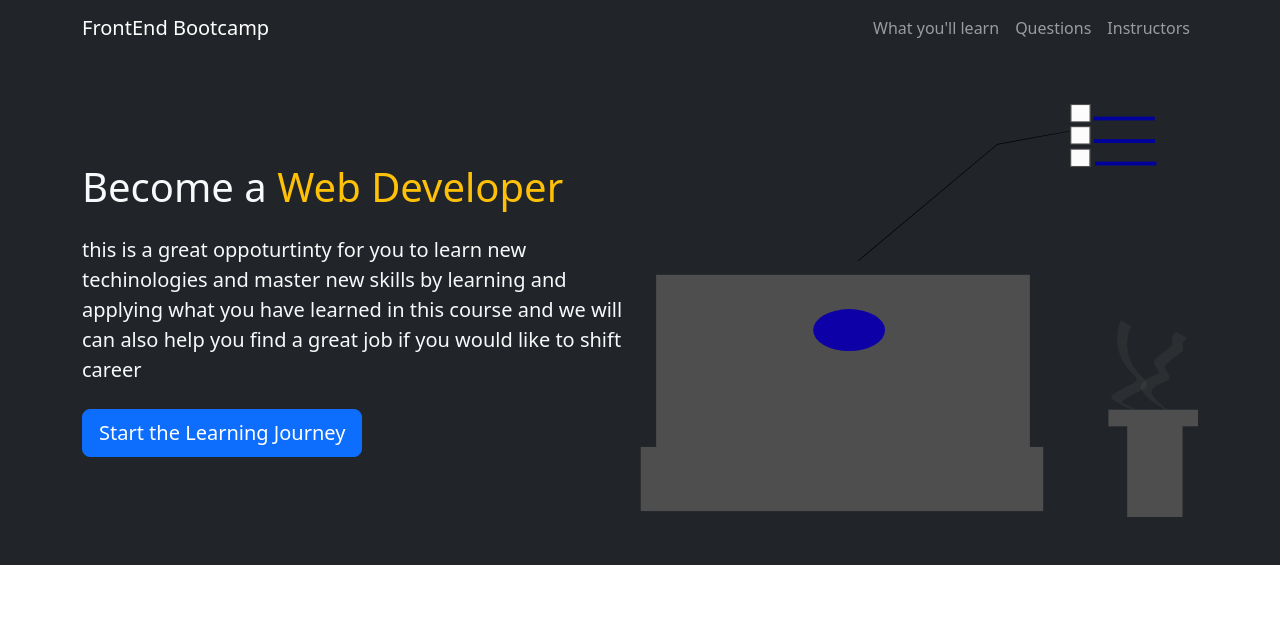
Repository: HaziimYassien/Front-End-BootCamp-__BootStrap-Project
Page: Front End BootCamp2/index.html
These files come from the project's save history. The page is drawn as it stood at one moment and after the next save; the edit follows.
The browser window is 1280 px wide. The pictures show the whole page.

Above is the page before, as saved 2024-01-12 02:24:12.

### Front End BootCamp2/index.html
<!DOCTYPE html>
<html lang="en">
  <head>
    <meta charset="utf-8" />
    <meta name="viewport" content="width=device-width, initial-scale=1" />
    <title>Frontend Bootcamp</title>
    <link
      href="https://cdn.jsdelivr.net/npm/bootstrap@5.3.2/dist/css/bootstrap.min.css"
      rel="stylesheet"
      integrity="sha384-T3c6CoIi6uLrA9TneNEoa7RxnatzjcDSCmG1MXxSR1GAsXEV/Dwwykc2MPK8M2HN"
      crossorigin="anonymous"
    />
    <link rel="stylesheet" href="style.css" />
  </head>
  <body>
    <!-- START _NavigationBar -->
    <nav class="navbar navbar-expand-lg bg-dark navbar-dark">
      <div class="container">
        <a href="#" class="navbar-brand">FrontEnd Bootcamp</a>
        <button
          class="navbar-toggler"
          type="button"
          data-bs-toggle="collapse"
          data-bs-target="#navmenu"
        >
          <span class="navbar-toggler-icon"></span>
        </button>
        <div class="collapse navbar-collapse" id="navmenu">
          <ul class="navbar-nav ms-auto">
            <li class="nav-item">
              <a href="#learn" class="nav-link">What you'll learn</a>
            </li>
            <li class="nav-item">
              <a href="#questions" class="nav-link">Questions</a>
            </li>
            <li class="nav-item">
              <a href="#instructors" class="nav-link">Instructors</a>
            </li>
          </ul>
        </div>
      </div>
    </nav>
    <!-- END _NavigationBar -->

    <!-- START _ShowCase -->
    <section class="bg-dark text-light p-5 text-center text-sm-start">
      <div class="container">
        <div class="d-sm-flex align-items-center justify-content-between">
          <div>
            <h1>Become a <span class="text-warning"> Web Developer</span></h1>
            <p class="lead my-4">
              this is a great oppoturtinty for you to learn new techinologies
              and master new skills by learning and applying what you have
              learned in this course and we will can also help you find a great
              job if you would like to shift career
            </p>
            <button class="btn btn-primary btn-lg">
              Start the Learning Journey
            </button>
          </div>
          <img
            class="img-fluid w-50 h-50 d-none d-sm-block"
            src="img/FirstImage_BootCampProject.svg"
            alt=""
          />
        </div>
      </div>
    </section>
    <script
      src="https://cdn.jsdelivr.net/npm/bootstrap@5.3.2/dist/js/bootstrap.bundle.min.js"
      integrity="sha384-C6RzsynM9kWDrMNeT87bh95OGNyZPhcTNXj1NW7RuBCsyN/o0jlpcV8Qyq46cDfL"
      crossorigin="anonymous"
    ></script>
  </body>
</html>

Loaded but not shown: Front End BootCamp2/style.css (no copy from this time; the picture is the same without it)

After the next save:
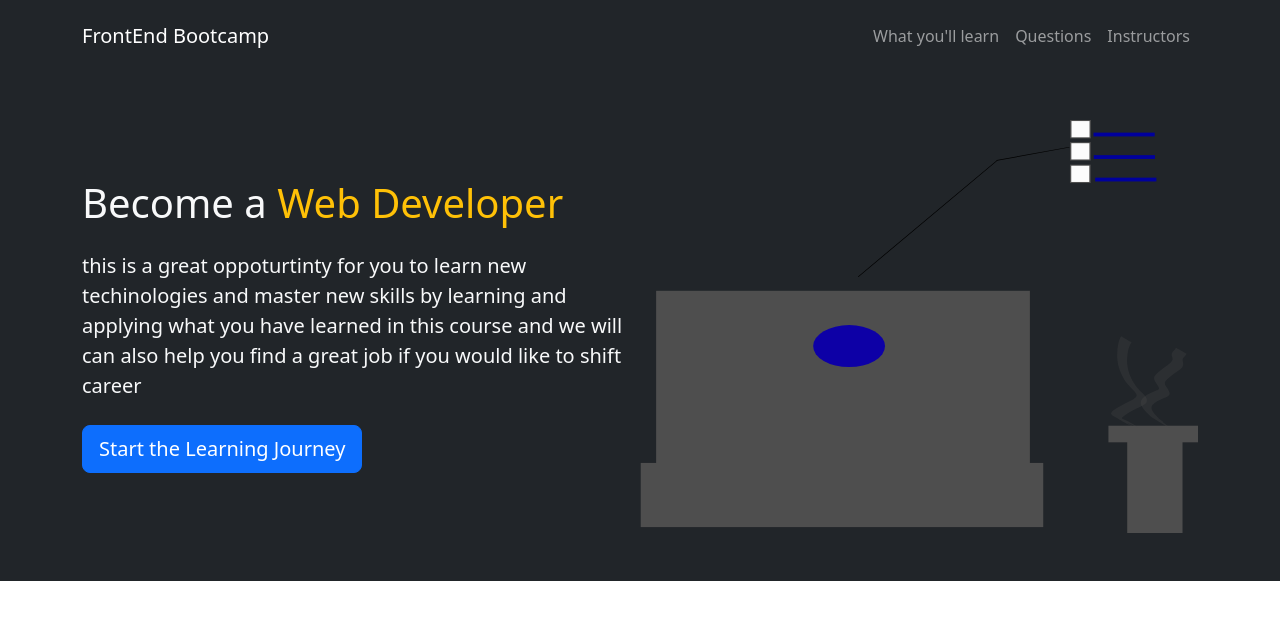
Saved 63 s later.
--- a/Front End BootCamp2/index.html
+++ b/Front End BootCamp2/index.html
@@ -14,7 +14,7 @@
   </head>
   <body>
     <!-- START _NavigationBar -->
-    <nav class="navbar navbar-expand-lg bg-dark navbar-dark">
+    <nav class="navbar navbar-expand-lg bg-dark navbar-dark py-3">
       <div class="container">
         <a href="#" class="navbar-brand">FrontEnd Bootcamp</a>
         <button
